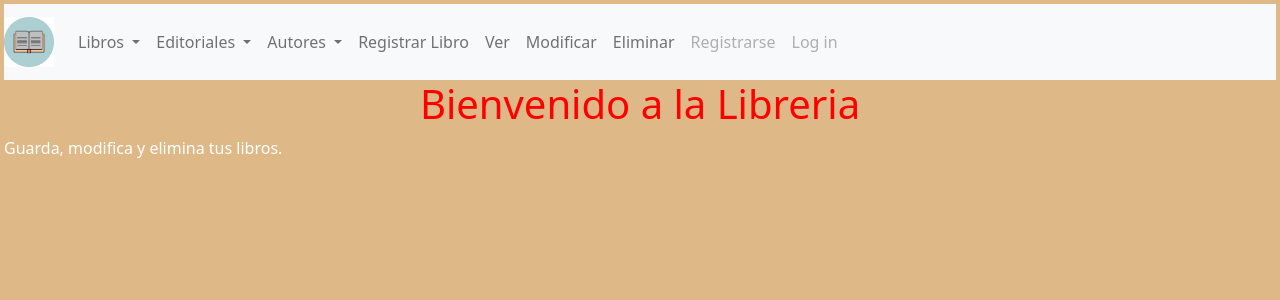
Repository: frnalonso/libreria
Page: src/main/resources/templates/index.html
These files come from the project's save history. The page is drawn as it stood at one moment and after the next save; the edit follows.
The browser window is 1280 px wide. The pictures show the whole page.

Above is the page before, as saved 2021-11-13 13:46:39.

### src/main/resources/templates/index.html

<!doctype html>
<html lang="en">
  <head>
    <!-- Required meta tags -->
    <meta charset="utf-8">
    <meta name="viewport" content="width=device-width, initial-scale=1">

    <!-- Bootstrap CSS -->
    <link href="https://cdn.jsdelivr.net/npm/bootstrap@5.1.3/dist/css/bootstrap.min.css" rel="stylesheet" integrity="sha384-1BmE4kWBq78iYhFldvKuhfTAU6auU8tT94WrHftjDbrCEXSU1oBoqyl2QvZ6jIW3" crossorigin="anonymous">
    <link rel="stylesheet" href="/css/index.css"/>
    <title>Inicio</title>

  </head>
  <body class="p-1 text-white">
    <nav class="navbar navbar-expand-lg navbar-light bg-light">
        <a class="navbar-brand" href="/" ><img src="/images/icono_libreria2.jpg" width="50px" alt=""></a>
        <button class="navbar-toggler" type="button" data-toggle="collapse" data-target="#navbarNavAltMarkup" aria-controls="navbarNavAltMarkup" aria-expanded="false" aria-label="Toggle navigation">
          <span class="navbar-toggler-icon"></span>
        </button>
        <div class="collapse navbar-collapse" id="navbarNavAltMarkup">
          <div class="navbar-nav">
            <li class="nav-item dropdown">
              <a class="nav-link dropdown-toggle" href="#" id="navbarDropdown" role="button" data-bs-toggle="dropdown" aria-expanded="false">
                Libros
              </a>
              <ul class="dropdown-menu" aria-labelledby="navbarDropdown">
                <li><a class="dropdown-item" href="#">Registrar Libro</a></li>
                <li><a class="dropdown-item" href="#">Ver Libros</a></li>
              </ul>
            </li>
            <li class="nav-item dropdown">
              <a class="nav-link dropdown-toggle" href="#" id="navbarDropdown" role="button" data-bs-toggle="dropdown" aria-expanded="false">
                Editoriales
              </a>
              <ul class="dropdown-menu" aria-labelledby="navbarDropdown">
                <li><a class="dropdown-item" href="#">Registrar Autor</a></li>
                <li><a class="dropdown-item" href="#">Ver Autores</a></li>
              </ul>
            </li>
            <li class="nav-item dropdown">
              <a class="nav-link dropdown-toggle" href="#" id="navbarDropdown" role="button" data-bs-toggle="dropdown" aria-expanded="false">
                Autores
              </a>
              <ul class="dropdown-menu" aria-labelledby="navbarDropdown">
                <li><a class="dropdown-item" href="#">Action</a></li>
                <li><a class="dropdown-item" href="#">Another action</a></li>
                <li><hr class="dropdown-divider"></li>
                <li><a class="dropdown-item" href="#">Something else here</a></li>
              </ul>
            </li>
            <a class="nav-item nav-link" href="/registro">Registrar Libro</a>
            <a class="nav-item nav-link" href="/mostrar">Ver</a>
            <a class="nav-item nav-link" href="/modificar/{id}">Modificar</a>
            <a class="nav-item nav-link" href="/eliminar">Eliminar</a>
            <a class="nav-item nav-link disabled" href="Log in">Registrarse</a>
            <a class="nav-item nav-link disabled" href="Log in">Log in</a>
          </div>
        </div>
      </nav>
    <h1>Bienvenido a la Libreria</h1>
    <p>Guarda, modifica y elimina tus libros.</p>
    <!-- Optional JavaScript; choose one of the two! -->

    <!-- Option 1: Bootstrap Bundle with Popper -->
    <script src="https://cdn.jsdelivr.net/npm/bootstrap@5.1.3/dist/js/bootstrap.bundle.min.js" integrity="sha384-ka7Sk0Gln4gmtz2MlQnikT1wXgYsOg+OMhuP+IlRH9sENBO0LRn5q+8nbTov4+1p" crossorigin="anonymous"></script>

    <!-- Option 2: Separate Popper and Bootstrap JS -->
    <!--
    <script src="https://cdn.jsdelivr.net/npm/@popperjs/core@2.10.2/dist/umd/popper.min.js" integrity="sha384-7+zCNj/IqJ95wo16oMtfsKbZ9ccEh31eOz1HGyDuCQ6wgnyJNSYdrPa03rtR1zdB" crossorigin="anonymous"></script>
    <script src="https://cdn.jsdelivr.net/npm/bootstrap@5.1.3/dist/js/bootstrap.min.js" integrity="sha384-QJHtvGhmr9XOIpI6YVutG+2QOK9T+ZnN4kzFN1RtK3zEFEIsxhlmWl5/YESvpZ13" crossorigin="anonymous"></script>
    -->
  </body>
</html>

### src/main/resources/static/css/index.css
body {
    background-color:burlywood;
}

h1 {
    color: red;
    text-align: center;
}

img {
    display:block;
    margin:auto;
}

After the next save:
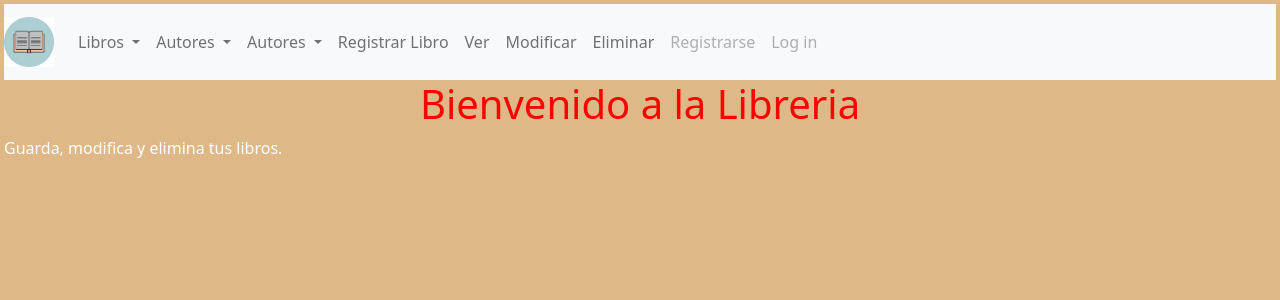
Saved 12 s later.
--- a/src/main/resources/templates/index.html
+++ b/src/main/resources/templates/index.html
@@ -31,7 +31,7 @@
             </li>
             <li class="nav-item dropdown">
               <a class="nav-link dropdown-toggle" href="#" id="navbarDropdown" role="button" data-bs-toggle="dropdown" aria-expanded="false">
-                Editoriales
+                Autores
               </a>
               <ul class="dropdown-menu" aria-labelledby="navbarDropdown">
                 <li><a class="dropdown-item" href="#">Registrar Autor</a></li>
